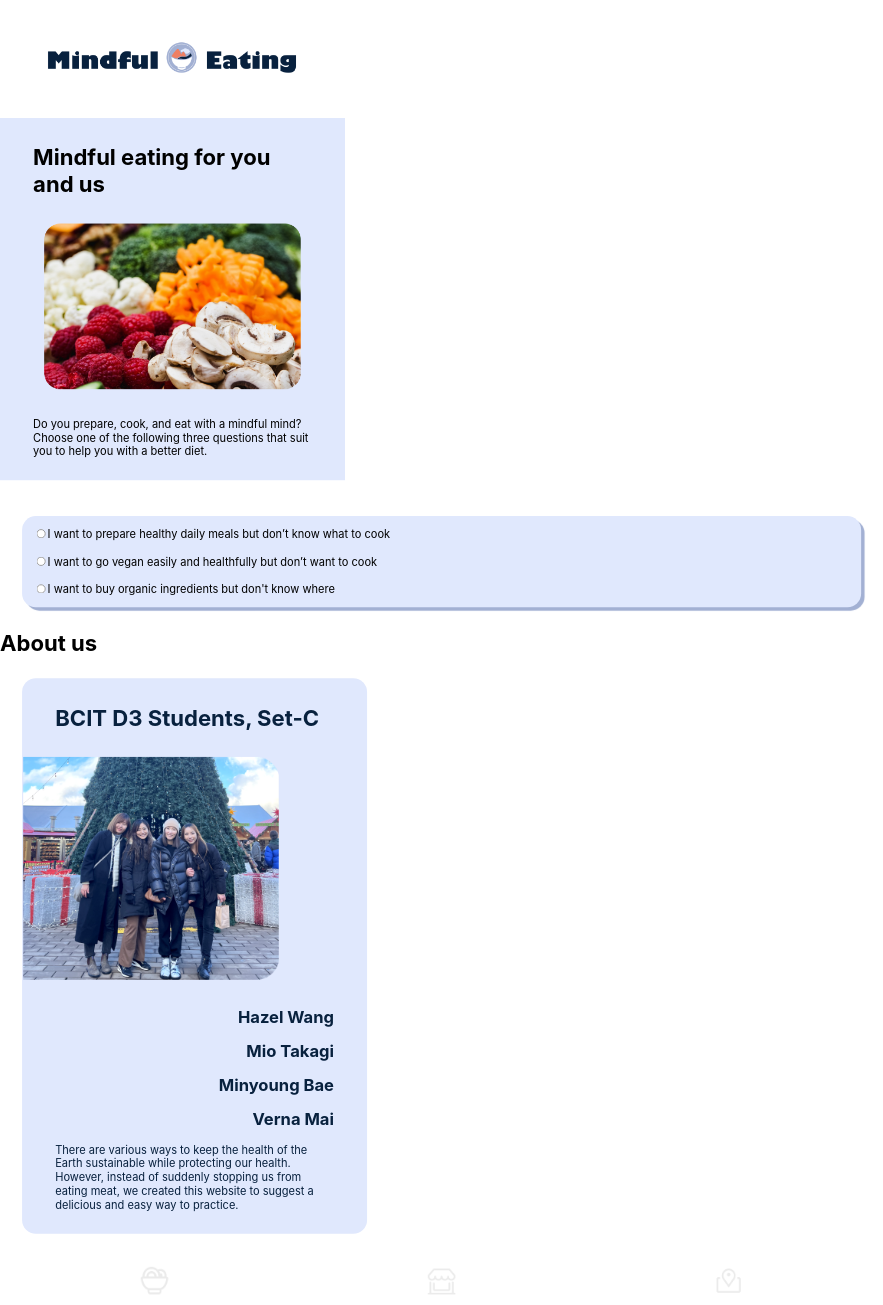
Repository: Kinakopan/design_mindfulEating_site
Page: / (app in firstapp/)
An editor plug-in stored every save of this project. The page is shown before and after the next save, followed by the edit.
The browser window is 1280 px wide. The pictures show the whole page, at 69% of full size.
The project was rebuilt for these pictures with package versions that can differ from the ones it lists, and the page was loaded fresh each time. The framework's server and built-in components were replaced by stand-ins that run in the browser. Also part of the build but not shown: firstapp/next.config.js.

Above is the page before, as saved 2022-04-20 23:36:33.

After the next save:
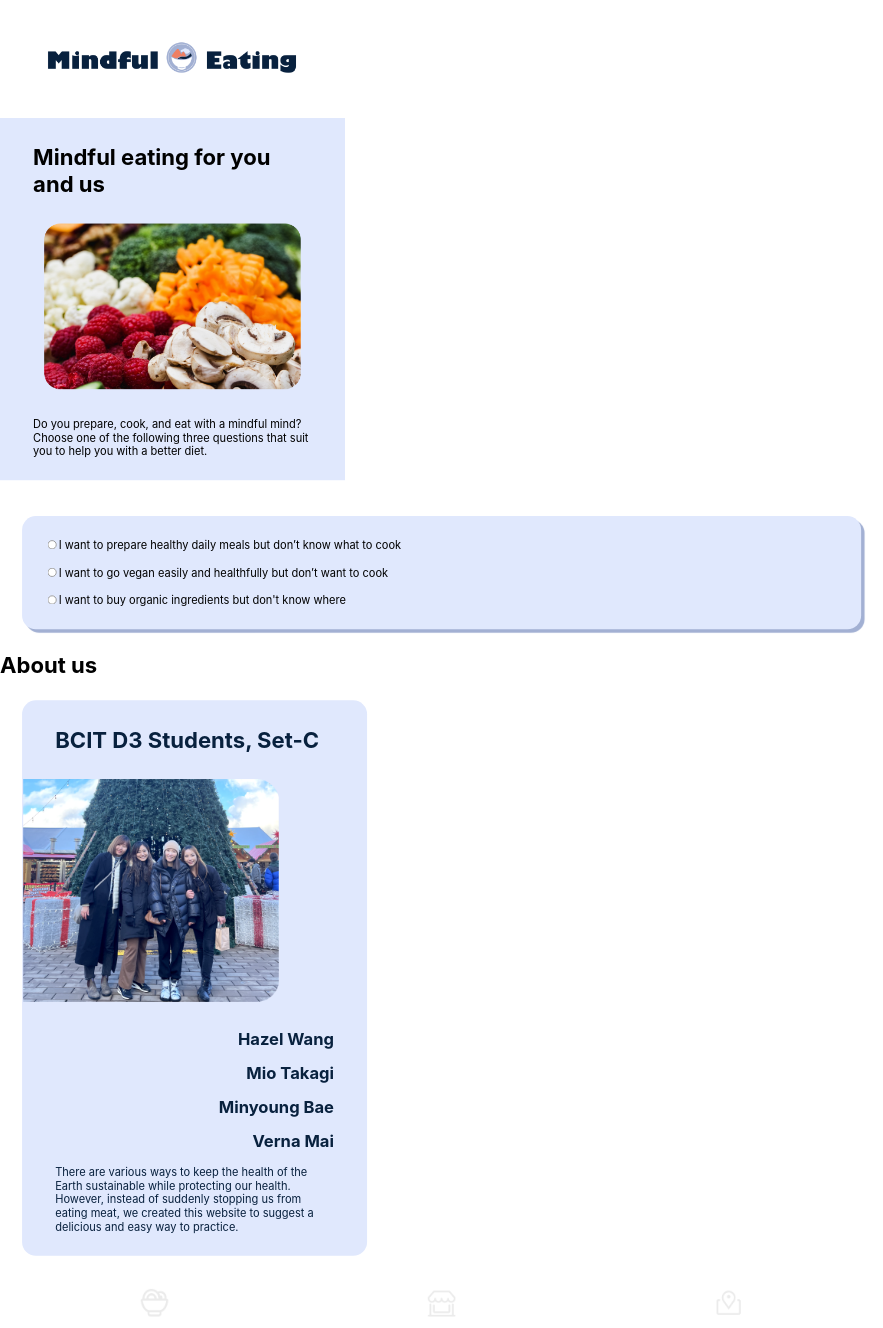
Saved 28 s later.
--- a/firstapp/comps/Questions.js
+++ b/firstapp/comps/Questions.js
@@ -5,7 +5,7 @@ const Cont = styled.form`
   background-color: #E0E8FD;
   border-radius: 20px;
   box-shadow: #A2B0D3 5px 5px 1px;
-  padding: 1em;
+  padding: 2em;
   margin: 2em;
 `;
 
